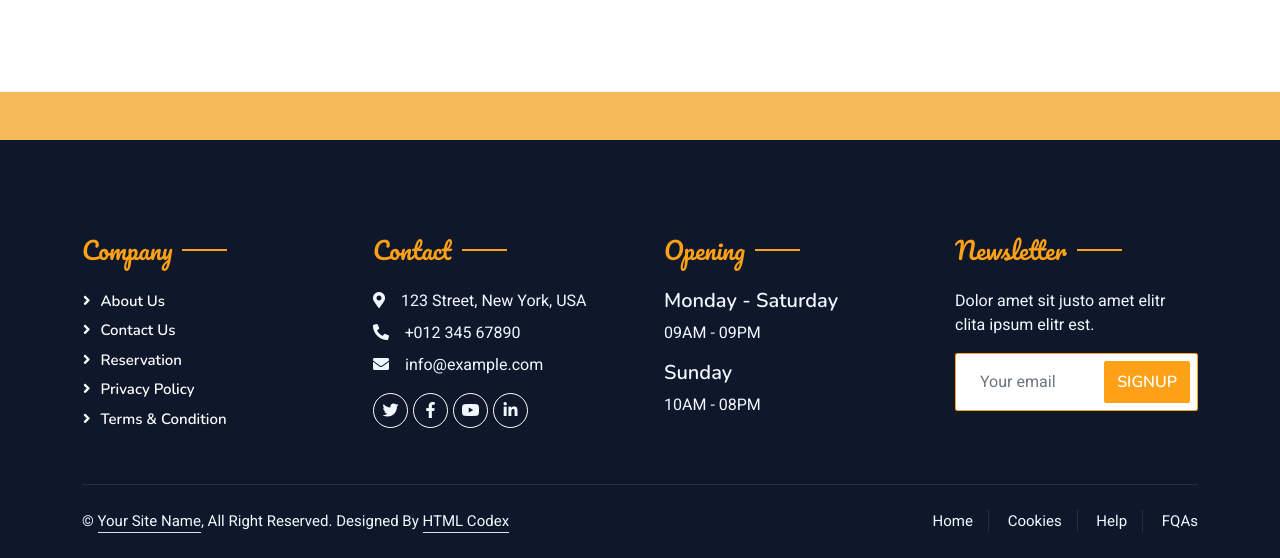
Repository: BDGomar/Presi
Page: about.html
An editor plug-in stored every save of this project. The page is shown before and after the next save, followed by the edit.
The browser window is 1280 px wide. The pictures show the part of the page from y = 1140 to 1698 px (the page is 1698 px tall before and 1658 px after).
A picture or video elsewhere on the page could not be fetched, so the positions and the page height are approximate. Some web libraries are served in a nearby version.

Above is the page before, as saved 2024-11-12 15:55:29.

After the next save:
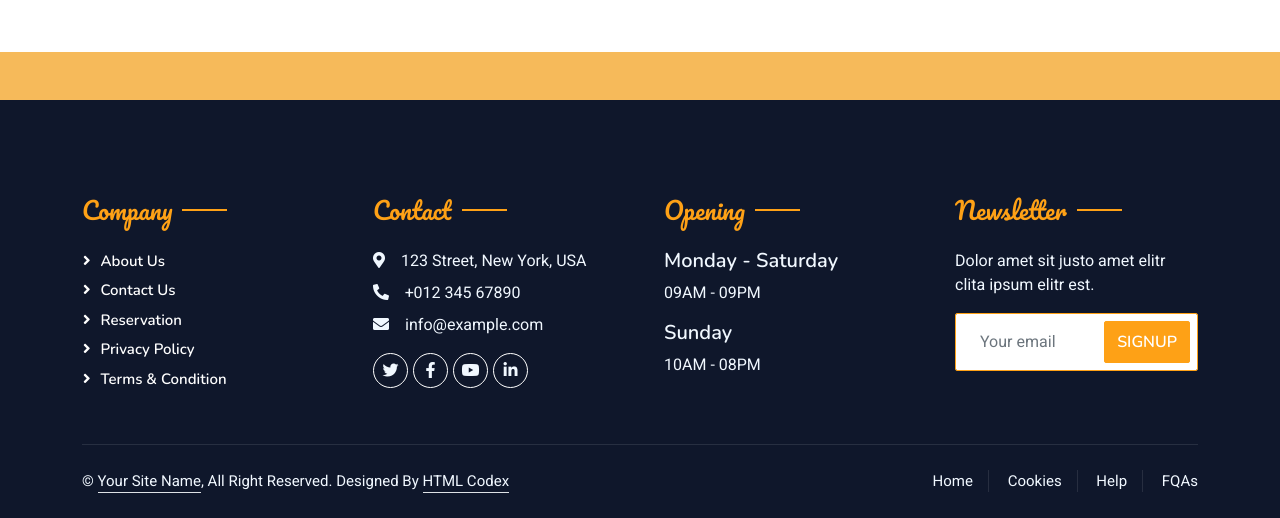
Saved 8 s later.
--- a/about.html
+++ b/about.html
@@ -140,9 +140,9 @@
 
 
         <!-- Team Start -->
-        <div class="container-xxl pt-5 pb-3">
-
-                </div>
+        <d class="container-xxl pt-5 pb-3">
+
+
             </div>
         </div>
         <!-- Team End -->
